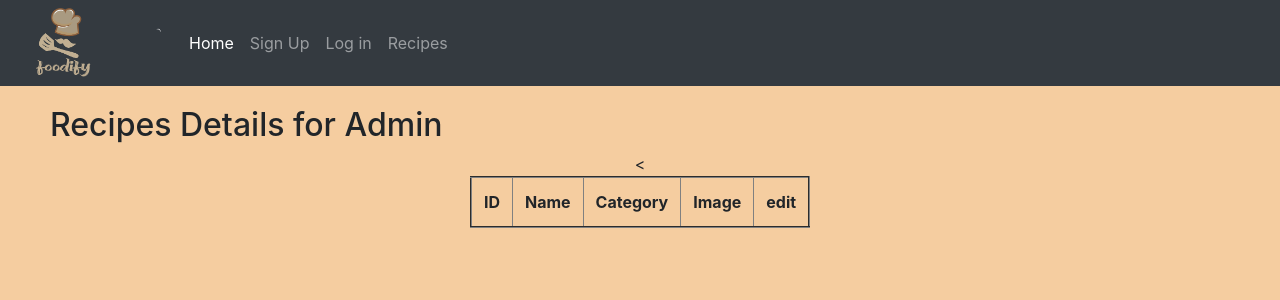
Repository: RanaHisham18/Foodify-Web-App
Page: http://localhost/Project IA raghda/records.php
The author's editor kept a copy of each file at every save. The page is drawn from the files as they stood at one save, then again after the next save.
The browser window is 1280 px wide. The pictures show the whole page.
The page is run by PHP 8.4 with error messages shown; the project is at /var/www/html/. Queries for data that is not in the repository find no rows.

Above is the page before, as saved 2022-01-06 16:10:43.

### Project IA raghda/records.php
<!DOCTYPE html>
<html lang="en">
<head>
    <meta charset="UTF-8">
    <meta http-equiv="X-UA-Compatible" content="IE=edge">
    <meta name="viewport" content="width=device-width, initial-scale=1.0">
    <link rel="stylesheet" href="https://maxcdn.bootstrapcdn.com/bootstrap/4.0.0/css/bootstrap.min.css"
     integrity="sha384-Gn5384xqQ1aoWXA+058RXPxPg6fy4IWvTNh0E263XmFcJlSAwiGgFAW/dAiS6JXm" crossorigin="anonymous">
     <link rel="stylesheet" href="records.css" type="text/css">
    <title>displaying records</title>
</head>
<body>

 <!--Navigation Bar-->
 <nav class="navbar navbar-expand-lg navbar-dark bg-dark sticky-top">
     <img class="image" src="images/foodify.png" alt="Foodify logo">

        <button class="navbar-toggler" type="button" data-bs-toggle="collapse" data-bs-target="#navbarScroll" aria-controls="navbarScroll" aria-expanded="false" aria-label="Toggle navigation">
          <span class="navbar-toggler-icon"></span>
        </button>
      <div class="container-fluid">
          <div class="collapse navbar-collapse" id="navbarScroll">
            <ul class="navbar-nav me-auto my-2 my-lg-0 navbar-nav-scroll" style="--bs-scroll-height: 100px;">
              <li class="nav-item">
                <a class="nav-link active" aria-current="page" href="home.php">Home</a>
              </li>
              <li class="nav-item">
                <a class="nav-link" href="register.php">Sign Up</a>
              </li>
              <li class="nav-item">
                <a class="nav-link" href="login.php">Log in</a>
              </li>
              <li class="nav-item">
                <a class="nav-link" href="#recipes">Recipes</a>

              </li>
            </ul>

          </div>
        </div>
    </nav>
<h2>Recipes Details for Admin</h2>
<center>
    <table border="2">
    <tr class="table">
        <th>ID</th>
        <th>Name</th>
        <th>Category</th>
        <th>Image</th>
        <th>edit</th>
        <
    </tr>

    <?php

    include "server1.php"; //database connection
    $queryselect = 'select*from reciepes';
    $records=mysqli_query($db,$queryselect); //fetch data
    //$data = $records;

    while ($data = mysqli_fetch_array($records))
{
    ?>
    <tr>
        <Td class="text"><?php echo $data['name'] ?> </Td>
        <Td class="text"><?php echo $data['id'] ?> </Td>
        <Td class="text"><?php echo $data['category'] ?> </Td>
        <td><img src=" <?php echo $data['image']; ?>" width = "200px", height="200px"/> </td>
        <td><a href=" edit.php?id= <?php echo $data['id']; ?>">Edit</a></td>
        <td><a href=" delete.php?id= <?php echo $data['id']; ?>">Delete</a></td>

    </tr>

    <?php
          }
    ?>
</center>
</table>


<script src="https://cdn.jsdelivr.net/npm/bootstrap@5.1.3/dist/js/bootstrap.bundle.min.js" integrity="sha384-ka7Sk0Gln4gmtz2MlQnikT1wXgYsOg+OMhuP+IlRH9sENBO0LRn5q+8nbTov4+1p" crossorigin="anonymous"></script>
</body>
</html>

### Project IA raghda/server1.php
<?php
if(!isset($_SESSION)){
    session_start();
}

$error=array();
$db=mysqli_connect('localhost','root','','section');


if(isset($_POST['register'])){
    $firstname=mysqli_real_escape_string($db,$_POST['firstname']);
    $lastname=mysqli_real_escape_string($db,$_POST['lastname']);
    $email=mysqli_real_escape_string($db,$_POST['email']);
    $password1=mysqli_real_escape_string($db,$_POST['psw1']);
    $password2=mysqli_real_escape_string($db,$_POST['psw2']);
    if(empty($firstname)){
        array_push($error,"Firstname is required");
    }
    if(empty($lastname)){
        array_push($error,"Lastname is required");
    }
    if(empty($email)){
        array_push($error,"Email is required");
    }
    if(empty($password1)){
        array_push($error,"Password is required");
    }
    if(empty($password2)){
        array_push($error,"Confirm password is required");
    }
    if($password1!=$password2){
        array_push($error,"Passwords do not match");
    }
    if(count($error)==0){
        $sql="INSERT INTO users(firstname,lastname,email,password,confirmpassword) Values('$firstname','$lastname','$email','$password1','$password2')";
        mysqli_query($db,$sql);
    }

}
//login
if(isset($_POST['login'])){
    $email=mysqli_real_escape_string($db,$_POST['email']);
    $password=mysqli_real_escape_string($db,$_POST['psw']);
    if(empty($email)){
        array_push($error,"Email is required");
    }
    if(empty($password)){
        array_push($error,"Password is required");
    }
    if(count($error)==0){
        $query="SELECT * FROM users WHERE email='$email' AND password='$password'";
        $result=mysqli_query($db,$query);
        if(mysqli_num_rows($result)==1){
            $_SESSION['email']=$email;
            $_SESSION['success']="Welcome you are logged in";
            //redirect user to recipes page
            header('Location:records.php');
        }
    }
}
//logout
if(isset($_GET['logout'])){
    session_destroy();
    unset($_SESSION['email']);
    header('location:login.php');
}

### Project IA raghda/records.css
body{
    background-color: #f5cda0;
}


.image{
    cursor: pointer;
    height:70px;
     width:130px;
    margin-left: 20px;
  }
  .scroll{
    margin-top:200px;
    margin-left:50px;
}
h2{
    font-style: bold ;
    margin-left: 50px;
    margin-top: 20px;
}

.text{
    text-align: center;
}

.table{
    width: max-content;
}

After the next save:
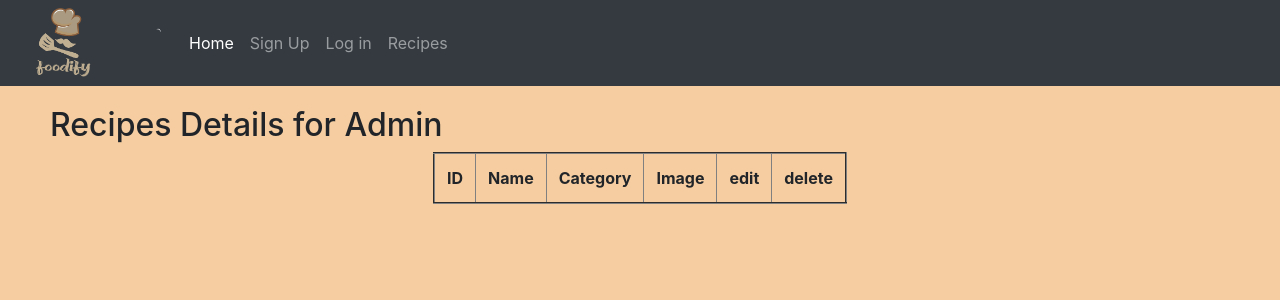
Saved 4 s later.
--- a/Project IA raghda/records.php
+++ b/Project IA raghda/records.php
@@ -48,7 +48,7 @@
         <th>Category</th>
         <th>Image</th>
         <th>edit</th>
-        <
+        <th>delete</th>
     </tr>
 
     <?php
